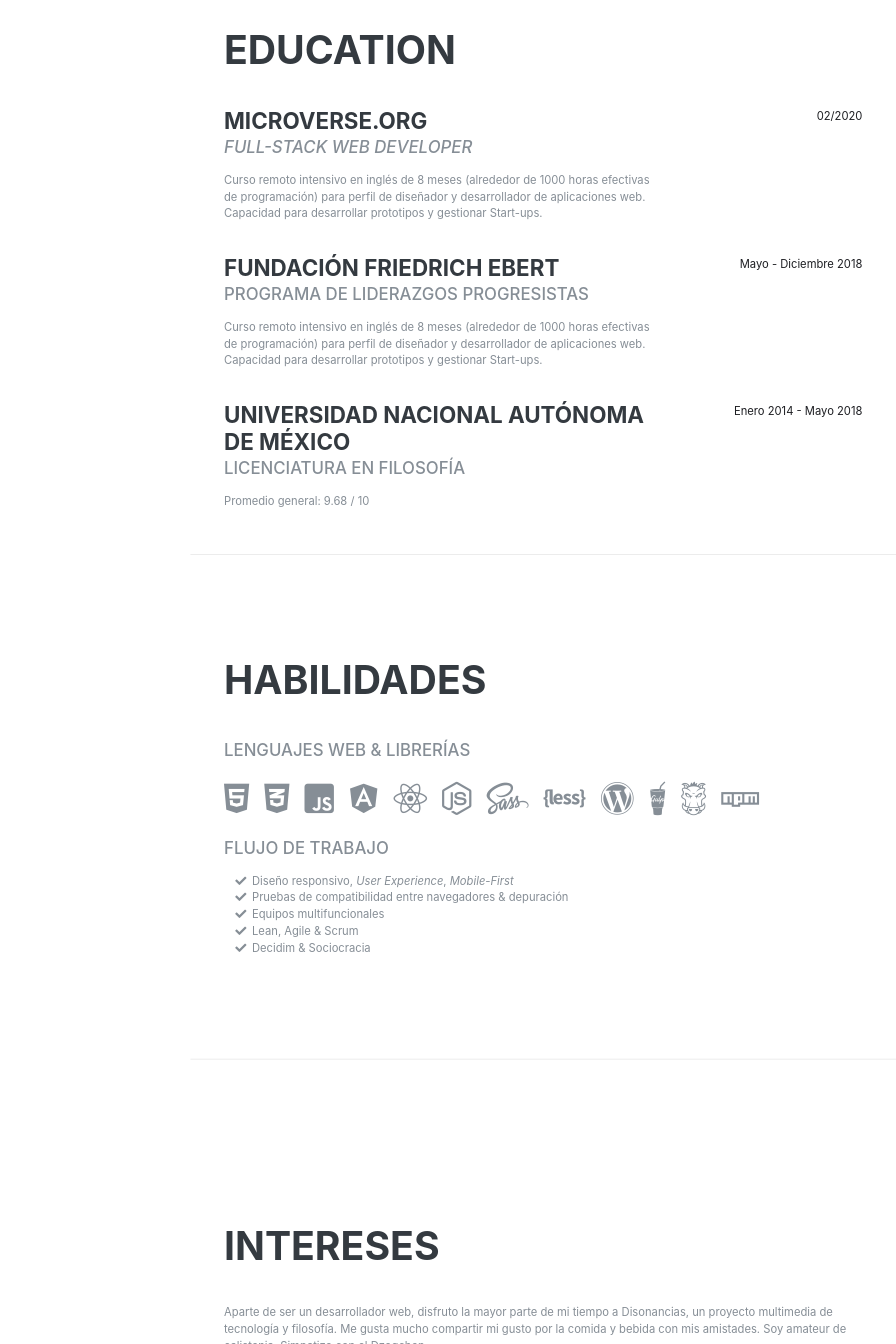
Repository: angel-mora/about-me
Page: en-index.html
The author's editor kept a copy of each file at every save. The page is drawn from the files as they stood at one save, then again after the next save.
The browser window is 1280 px wide. The pictures show the part of the page from y = 1451 to 3371 px (the page is 4406 px tall before and 4358 px after), at 70% of full size.
Some web fonts or font styles are not loaded; a fallback is used.

Above is the page before, as saved 2020-06-30 18:53:59.

### en-index.html
<!DOCTYPE html>
<html lang="es">

<head>

    <meta charset="utf-8">
    <meta name="viewport" content="width=device-width, initial-scale=1, shrink-to-fit=no">
    <meta name="description" content="">
    <meta name="author" content="">

    <title>Angel Moma</title>

    <!-- Bootstrap core CSS -->
    <link href="vendor/bootstrap/css/bootstrap.min.css" rel="stylesheet">

    <!-- Custom fonts for this template -->
    <link href="https://fonts.googleapis.com/css?family=Saira+Extra+Condensed:500,700" rel="stylesheet">
    <link href="https://fonts.googleapis.com/css?family=Muli:400,400i,800,800i" rel="stylesheet">
    <link href="vendor/fontawesome-free/css/all.min.css" rel="stylesheet">

    <!-- Custom styles for this template -->
    <link href="css/resume.min.css" rel="stylesheet">

</head>

<body id="page-top">

    <nav class="navbar navbar-expand-lg navbar-dark bg-primary fixed-top" id="sideNav">
        <a class="navbar-brand js-scroll-trigger" href="#page-top">
            <span class="d-block d-lg-none">ABOUT ME</span>
            <span class="d-none d-lg-block">
                <img class="img-fluid img-profile rounded-circle mx-auto mb-2" src="img/profile.jpg" alt="">
            </span>
        </a>
        <button class="navbar-toggler" type="button" data-toggle="collapse" data-target="#navbarSupportedContent" aria-controls="navbarSupportedContent" aria-expanded="false" aria-label="Toggle navigation">
            <span class="navbar-toggler-icon"></span>
        </button>
        <div class="collapse navbar-collapse" id="navbarSupportedContent">
            <ul class="navbar-nav">
                <li class="nav-item">
                    <a class="nav-link js-scroll-trigger" href="#about">About me</a>
                </li>
                <li class="nav-item">
                    <a class="nav-link js-scroll-trigger" href="#experience">Professional experience</a>
                </li>
                <li class="nav-item">
                    <a class="nav-link js-scroll-trigger" href="#education">Education</a>
                </li>
                <li class="nav-item">
                    <a class="nav-link js-scroll-trigger" href="#skills">Skills</a>
                </li>
                <li class="nav-item">
                    <a class="nav-link js-scroll-trigger" href="#interests">Interests</a>
                </li>
                <li class="nav-item">
                    <a class="nav-link js-scroll-trigger" href="#awards">Awards</a>
                </li>
                <li class="nav-item">
                    <a class="nav-link js-scroll-trigger font-italic" href="es-index.html">Español</a>
                </li>
            </ul>
        </div>
    </nav>

    <div class="container-fluid p-0">

        <section class="resume-section p-3 p-lg-5 d-flex align-items-center" id="about">
            <div class="w-100">
                <h1 class="mb-0">Angel
                    <span class="text-primary">Mora</span>
                </h1>
                <div class="subheading mb-5">Full Stack Web Developer · Data Analysis · Civic Tech
                    <a href="mailto:angelmomaa@gmail.com">angelmomaa@gmail.com</a>
                </div>
                <p class="lead mb-5">Project Management using Agile and Scrum
                    <br>Political Consultant
                    <br>Data Visualization
                    <br>Discourse Analysis
                    <br>Progressive Leadership
                    <br>Imagining futures at Disonances
                    <!-- añadir algo de coaching profesional y psicológico-->
                </p>
                <div class="social-icons">
                    <a href="https://www.linkedin.com/in/angelmoram/">
                        <i class="fab fa-linkedin-in"></i>
                    </a>
                    <a href="https://github.com/angel-mora">
                        <i class="fab fa-github"></i>
                    </a>
                </div>
            </div>
        </section>

        <hr class="m-0">

        <section class="resume-section p-3 p-lg-5 d-flex justify-content-center" id="experience">
            <div class="w-100">
                <h2 class="mb-5">Professional Experience</h2>

                <div class="resume-item d-flex flex-column flex-md-row justify-content-between mb-5">
                    <div class="resume-content">
                        <h3 class="mb-0">Data Analyst</h3>
                        <div class="subheading mb-3">Seguridad y Protección Bancarias</div>
                        <p>Produced a map to analyze Crime inside Mexico using Leaflet.js.</p>
                    </div>
                    <div class="resume-date text-md-right">
                        <span class="text-primary">10/2019 - 02/2020</span>
                    </div>
                </div>

            </div>

        </section>

        <hr class="m-0">

        <section class="resume-section p-3 p-lg-5 d-flex align-items-center" id="education">
            <div class="w-100">
                <h2 class="mb-5">Education</h2>

                <div class="resume-item d-flex flex-column flex-md-row justify-content-between mb-5">
                    <div class="resume-content">
                        <h3 class="mb-0">Microverse.org</h3>
                        <div class="subheading mb-3"><i>Full-stack Web Developer</i></div>
                        <div>Curso remoto intensivo en inglés de 8 meses (alrededor de 1000 horas efectivas de programación) para perfil de diseñador y desarrollador de aplicaciones web.<br>Capacidad para desarrollar prototipos y gestionar Start-ups.</div>
                    </div>
                    <div class="resume-date text-md-right">
                        <span class="text-primary">02/2020</span>
                    </div>
                </div>

                <div class="resume-item d-flex flex-column flex-md-row justify-content-between mb-5">
                    <div class="resume-content">
                        <h3 class="mb-0">Fundación Friedrich Ebert</h3>
                        <div class="subheading mb-3">Programa de Liderazgos Progresistas</div>
                        <div>Curso remoto intensivo en inglés de 8 meses (alrededor de 1000 horas efectivas de programación) para perfil de diseñador y desarrollador de aplicaciones web.<br>Capacidad para desarrollar prototipos y gestionar Start-ups.
                        </div>
                    </div>
                    <div class="resume-date text-md-right">
                        <span class="text-primary">Mayo - Diciembre 2018</span>
                    </div>
                </div>

                <div class="resume-item d-flex flex-column flex-md-row justify-content-between">
                    <div class="resume-content">
                        <h3 class="mb-0">Universidad Nacional Autónoma de México</h3>
                        <div class="subheading mb-3">Licenciatura en Filosofía</div>
                        <p>Promedio general: 9.68 / 10</p>
                    </div>
                    <div class="resume-date text-md-right">
                        <span class="text-primary">Enero 2014 - Mayo 2018</span>
                    </div>
                </div>

            </div>
        </section>

        <hr class="m-0">

        <section class="resume-section p-3 p-lg-5 d-flex align-items-center" id="skills">
            <div class="w-100">
                <h2 class="mb-5">Habilidades</h2>

                <div class="subheading mb-3">Lenguajes Web &amp; Librerías</div>
                <!-- add Leaflet, GIS, R Studio, Python -->
                <ul class="list-inline dev-icons">
                    <li class="list-inline-item">
                        <i class="fab fa-html5"></i>
                    </li>
                    <li class="list-inline-item">
                        <i class="fab fa-css3-alt"></i>
                    </li>
                    <li class="list-inline-item">
                        <i class="fab fa-js-square"></i>
                    </li>
                    <li class="list-inline-item">
                        <i class="fab fa-angular"></i>
                    </li>
                    <li class="list-inline-item">
                        <i class="fab fa-react"></i>
                    </li>
                    <li class="list-inline-item">
                        <i class="fab fa-node-js"></i>
                    </li>
                    <li class="list-inline-item">
                        <i class="fab fa-sass"></i>
                    </li>
                    <li class="list-inline-item">
                        <i class="fab fa-less"></i>
                    </li>
                    <li class="list-inline-item">
                        <i class="fab fa-wordpress"></i>
                    </li>
                    <li class="list-inline-item">
                        <i class="fab fa-gulp"></i>
                    </li>
                    <li class="list-inline-item">
                        <i class="fab fa-grunt"></i>
                    </li>
                    <li class="list-inline-item">
                        <i class="fab fa-npm"></i>
                    </li>
                </ul>

                <div class="subheading mb-3">Flujo de Trabajo</div>
                <ul class="fa-ul mb-0">
                    <li>
                        <i class="fa-li fa fa-check"></i> Diseño responsivo, <i>User Experience</i>, <i>Mobile-First</i>
                    </li>
                    <li>
                        <i class="fa-li fa fa-check"></i> Pruebas de compatibilidad entre navegadores &amp; depuración
                    </li>
                    <li>
                        <i class="fa-li fa fa-check"></i> Equipos multifuncionales</li>
                    <li>
                        <i class="fa-li fa fa-check"></i> Lean, Agile &amp; Scrum</li>
                    <li>
                        <i class="fa-li fa fa-check"></i> Decidim &amp; Sociocracia</li>
                </ul>
            </div>
        </section>

        <hr class="m-0">

        <section class="resume-section p-3 p-lg-5 d-flex align-items-center" id="interests">
            <div class="w-100">
                <h2 class="mb-5">Intereses</h2>
                <p>Aparte de ser un desarrollador web, disfruto la mayor parte de mi tiempo a Disonancias, un proyecto multimedia de tecnología y filosofía. Me gusta mucho compartir mi gusto por la comida y bebida con mis amistades. Soy amateur de calistenia.
                    Simpatizo con el Dzogchen.
                </p>
                <p class="mb-0">Me gusta el cine. Tengo dos proyectos cinematográficos que esperan una fase de desarrollo más acelerada (quizá en unos dos años). He escrito un par de publicaciones, además de mi tesis.
                </p>
            </div>
        </section>

        <hr class="m-0">

        <section class="resume-section p-3 p-lg-5 d-flex align-items-center" id="awards">
            <div class="w-100">
                <h2 class="mb-5">Premios &amp; Certificados</h2>
                <ul class="fa-ul mb-0">
                    <li>
                        <i class="fa-li fa fa-trophy text-warning"></i> Google Analytics Certified Developer</li>
                    <li>
                        <i class="fa-li fa fa-trophy text-warning"></i> Mobile Web Specialist - Google Certification
                    </li>
                    <li>
                        <i class="fa-li fa fa-trophy text-warning"></i> 1
                        <sup>st</sup> Place - University of Colorado Boulder - Emerging Tech Competition 2009</li>
                    <li>
                        <i class="fa-li fa fa-trophy text-warning"></i> 1
                        <sup>st</sup> Place - University of Colorado Boulder - Adobe Creative Jam 2008 (UI Design Category)
                    </li>
                    <li>
                        <i class="fa-li fa fa-trophy text-warning"></i> 2
                        <sup>nd</sup> Place - University of Colorado Boulder - Emerging Tech Competition 2008</li>
                    <li>
                        <i class="fa-li fa fa-trophy text-warning"></i> 1
                        <sup>st</sup> Place - James Buchanan High School - Hackathon 2006</li>
                    <li>
                        <i class="fa-li fa fa-trophy text-warning"></i> 3
                        <sup>rd</sup> Place - James Buchanan High School - Hackathon 2005</li>
                </ul>
            </div>
        </section>

    </div>

    <!-- Bootstrap core JavaScript -->
    <script src="vendor/jquery/jquery.min.js"></script>
    <script src="vendor/bootstrap/js/bootstrap.bundle.min.js"></script>

    <!-- Plugin JavaScript -->
    <script src="vendor/jquery-easing/jquery.easing.min.js"></script>

    <!-- Custom scripts for this template -->
    <script src="js/resume.min.js"></script>

</body>

</html>

Loaded but not shown: vendor/bootstrap/css/bootstrap.min.css (library); vendor/fontawesome-free/css/all.min.css (library); css/resume.min.css (library); vendor/jquery/jquery.min.js (library); vendor/bootstrap/js/bootstrap.bundle.min.js (library); vendor/jquery-easing/jquery.easing.min.js (common file); js/resume.min.js (common file)

After the next save:
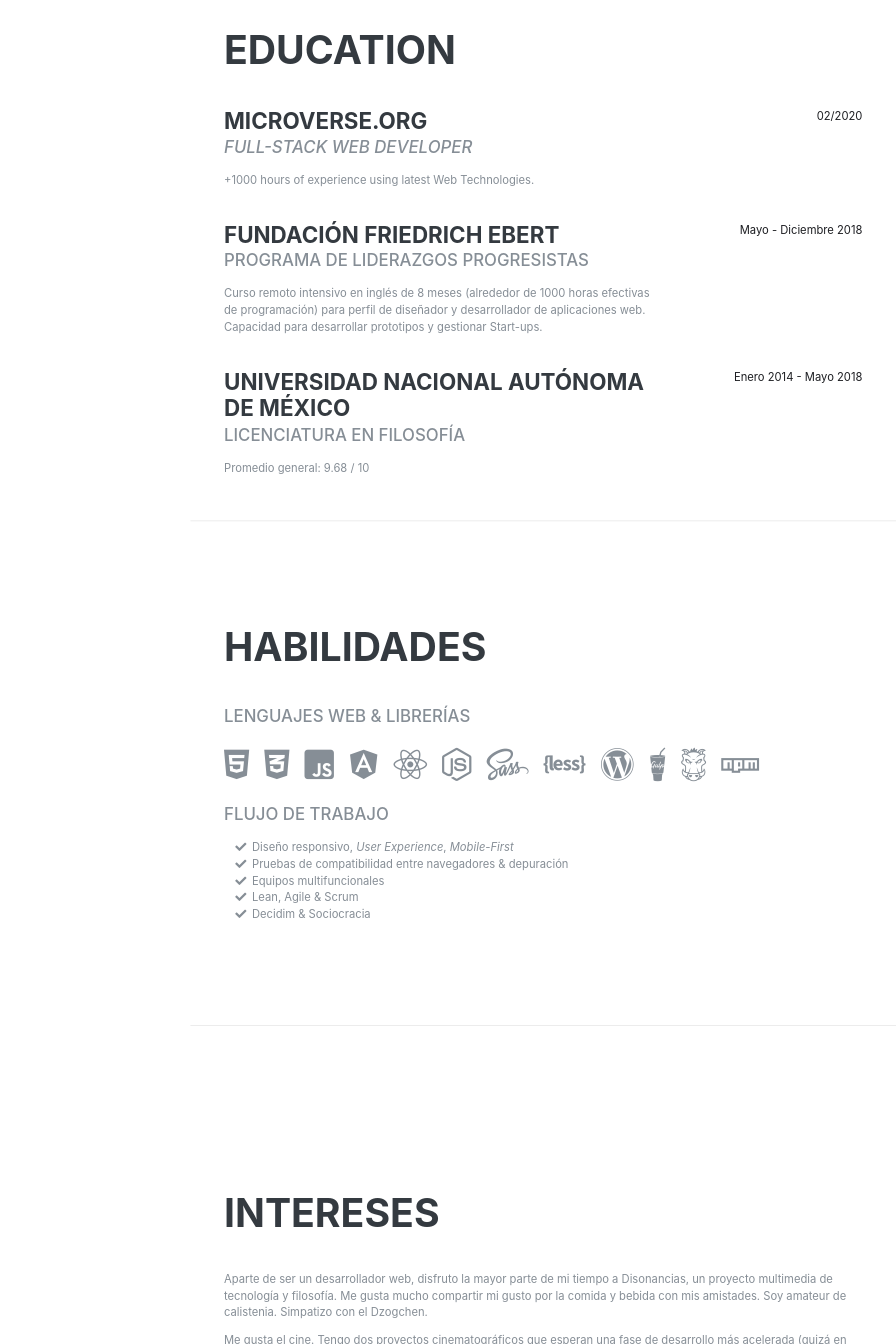
Saved 33 s later.
--- a/en-index.html
+++ b/en-index.html
@@ -122,7 +122,7 @@
                     <div class="resume-content">
                         <h3 class="mb-0">Microverse.org</h3>
                         <div class="subheading mb-3"><i>Full-stack Web Developer</i></div>
-                        <div>Curso remoto intensivo en inglés de 8 meses (alrededor de 1000 horas efectivas de programación) para perfil de diseñador y desarrollador de aplicaciones web.<br>Capacidad para desarrollar prototipos y gestionar Start-ups.</div>
+                        <div>+1000 hours of experience using latest Web Technologies.</div>
                     </div>
                     <div class="resume-date text-md-right">
                         <span class="text-primary">02/2020</span>
